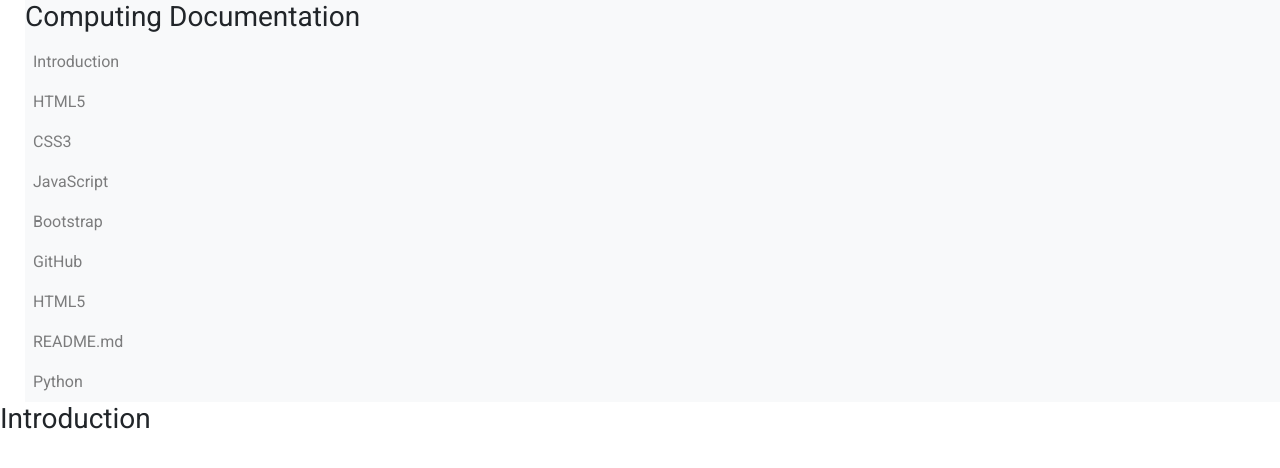
Repository: derektypist/technical-documentation-page
Page: index.html
The author's editor kept a record of every edit. The page is drawn from the files as they stood at one moment, then again after the next edit.
The browser window is 1280 px wide. The pictures show the whole page.

Above is the page before.

### index.html
<!DOCTYPE html>
<html lang="en">
<head>
    <meta charset="UTF-8">
    <meta name="viewport" content="width=device-width, initial-scale=1.0">
    <meta http-equiv="X-UA-Compatible" content="ie=edge">
    <title>Technical Documentation Page</title>
    <!-- Load Style Sheets -->
    <link rel="stylesheet" href="https://maxcdn.bootstrapcdn.com/bootstrap/4.4.1/css/bootstrap.min.css" integrity="sha384-Vkoo8x4CGsO3+Hhxv8T/Q5PaXtkKtu6ug5TOeNV6gBiFeWPGFN9MuhOf23Q9Ifjh" crossorigin="anonymous">
    <link href="https://fonts.googleapis.com/css?family=Roboto|Roboto+Mono&display=swap" rel="stylesheet">
    <style>
        /* Navigation */
        #navbar {
          font-family: "Roboto", Arial, Verdana, sans-serif;
          margin-left: 25px;
        }

        /* Main Content */
        #main-doc {
          font-family: "Roboto", Arial, Verdana, sans-serif;
        }
    </style>
</head>
<body>
    <!-- Set Up Navigation -->
    <nav class="navbar-expand navbar-light bg-light fixed-left nav flex-column" id="navbar">
      <header>
        <h3>Computing Documentation</h3>
      </header>


  <div class="collapse navbar-collapse" id="navbarSupportedContent">
    <ul class="navbar-nav mr-auto flex-column">
      <li class="nav-item">
        <a class="nav-link" href="#">Introduction</a>
      </li>
      <li class="nav-item">
        <a class="nav-link" href="#">HTML5</a>
      </li>
      <li class="nav-item">
        <a class="nav-link" href="#">CSS3</a>
      </li>
      <li class="nav-item">
        <a class="nav-link" href="#">JavaScript</a>
      </li>
      <li class="nav-item">
        <a class="nav-link" href="#">Bootstrap</a>
      </li>
      <li class="nav-item">
        <a class="nav-link" href="#">GitHub</a>
      </li>
      <li class="nav-item">
        <a class="nav-link" href="#">HTML5</a>
      </li>
      <li class="nav-item">
        <a class="nav-link" href="#">README.md</a>
      </li>
      <li class="nav-item">
        <a class="nav-link" href="#">Python</a>
      </li>
</nav>

<!-- Set Up Main Content -->
<main id="main-doc">
<section class="main-section">
  <header id="introduction">
    <h3>Introduction</h3>
  </header>
</section>
</main>
</body>
</html>

After the next edit:
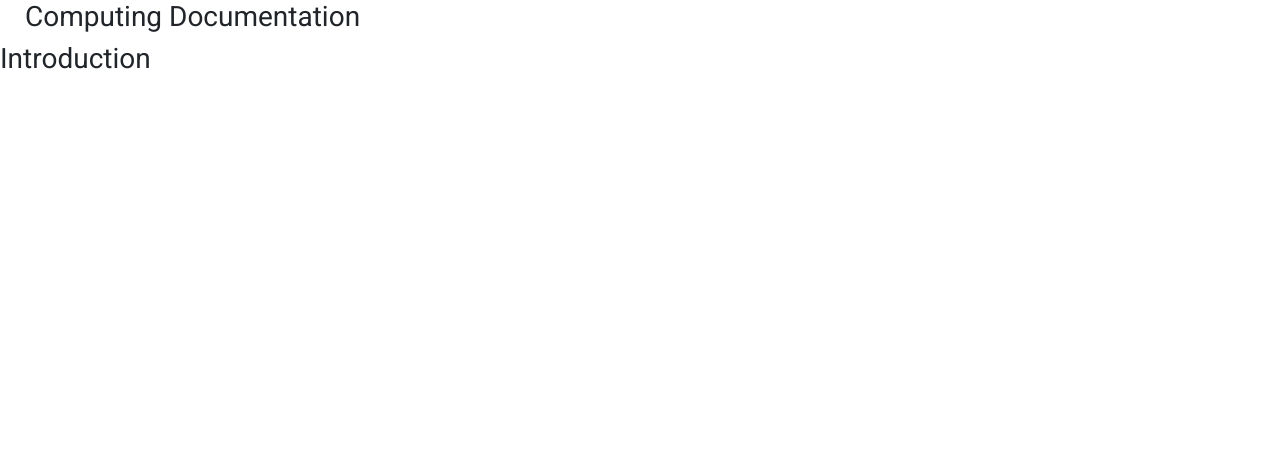
The edit:
--- a/index.html
+++ b/index.html
@@ -23,7 +23,7 @@
 </head>
 <body>
     <!-- Set Up Navigation -->
-    <nav class="navbar-expand navbar-light bg-light fixed-left nav flex-column" id="navbar">
+    <nav class="nav" id="navbar">
       <header>
         <h3>Computing Documentation</h3>
       </header>
